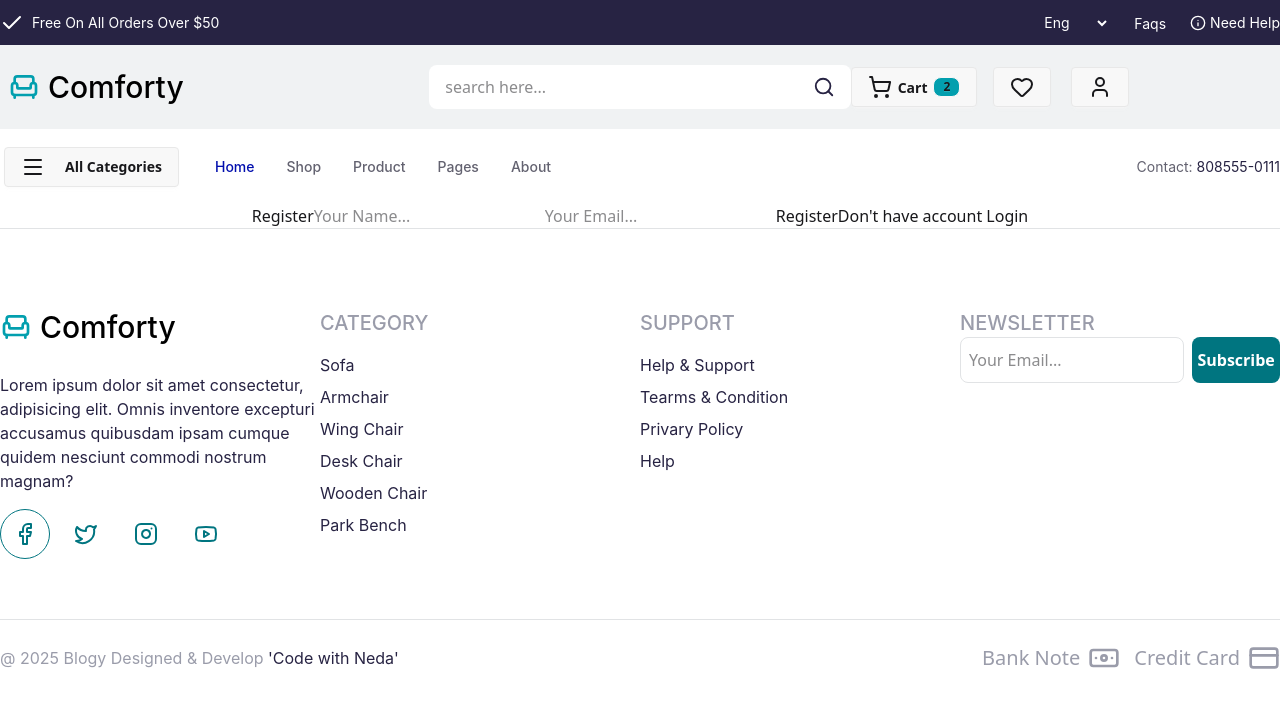
Repository: Neda0o0/store-template-website
Page: /auth/register
The author's editor kept a copy of each file at every save. The page is drawn from the files as they stood at one save, then again after the next save.
The browser window is 1280 px wide. The pictures show the whole page.
The project was rebuilt for these pictures with package versions that can differ from the ones it lists, and the page was loaded fresh each time. Also part of the build but not shown: vite.config.js, src/components/Banner/Banner.jsx, src/components/Delivery/Delivery.jsx, src/components/Brand/Brand.jsx, src/components/SectionTitle/SectionTitle.jsx, src/components/Features/Features.jsx, src/components/Categories/Categories.jsx, src/components/Product/Product.jsx and 6 more.

Above is the page before, as saved 2025-10-27 17:37:54.

After the next save:
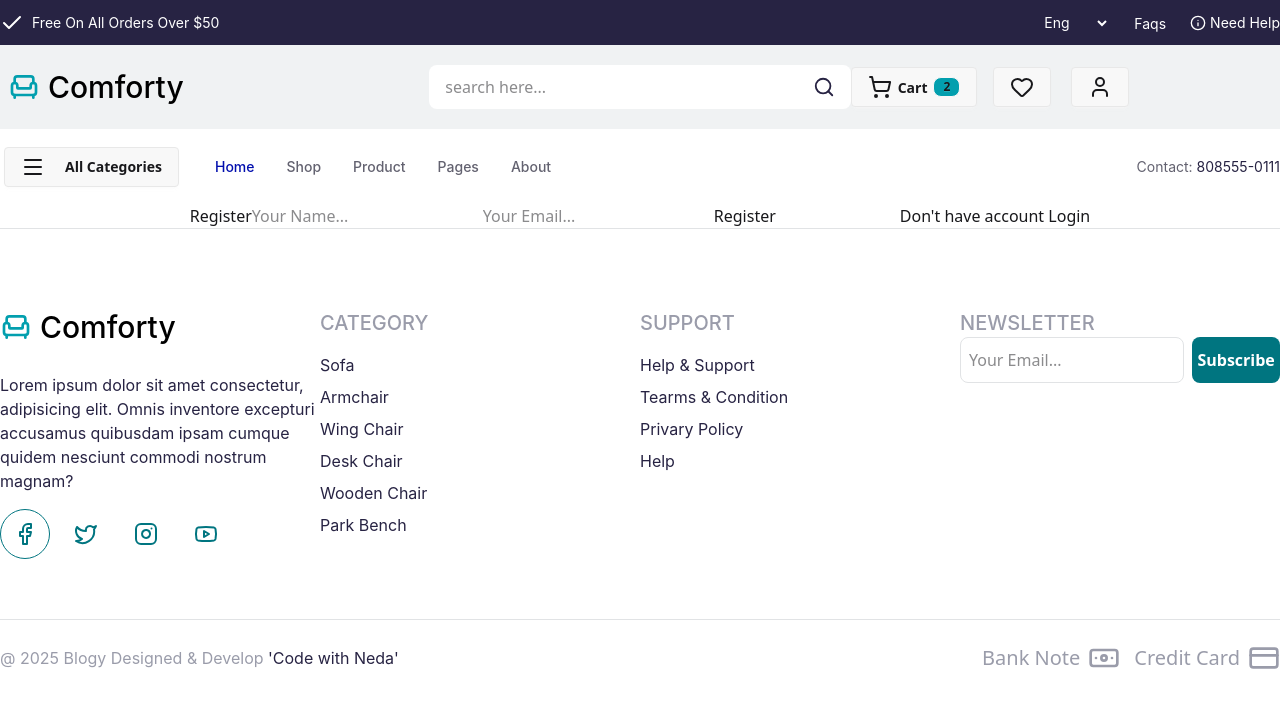
Saved 73 s later.
--- a/src/Pages/Auth/Register/Register.jsx
+++ b/src/Pages/Auth/Register/Register.jsx
@@ -5,7 +5,7 @@ const Register = () => {
     <div className="lg:container mx-auto">
       <div className="flex items-center w-full justify-center">
         <h3>Register</h3>
-        <form action="#">
+        <form action="#" className="max-w-[648px] w-full max-h-[382px]">
           <input type="text" placeholder="Your Name..." />
           <input type="email" placeholder="Your Email..." />
           <button type="submit">Register</button>
